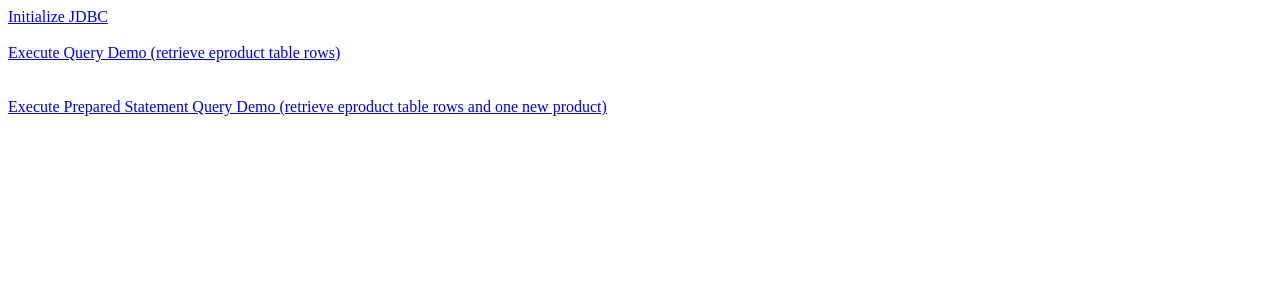
Repository: ashokwork1/slma
Page: JDBCDEMO/WebContent/index.html
The author's editor kept a copy of each file at every save. The page is drawn from the files as they stood at one save, then again after the next save.
The browser window is 1280 px wide. The pictures show the whole page.

Above is the page before, as saved 2023-05-26 11:19:36.

After the next save:
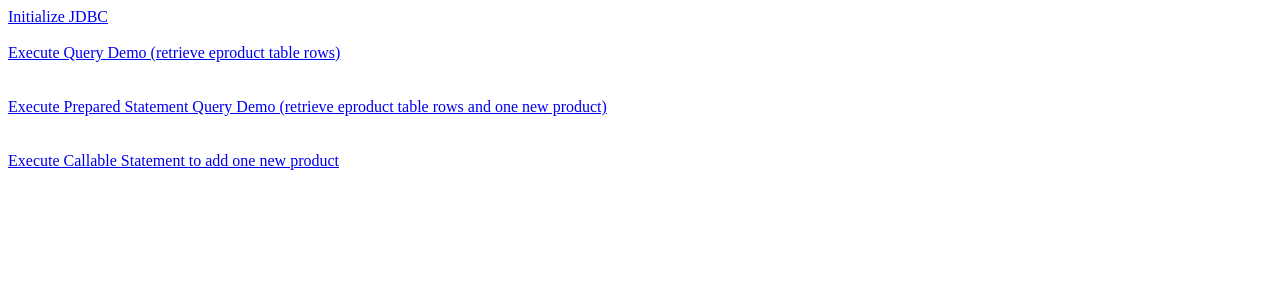
Saved 2 min 3 s later.
--- a/JDBCDEMO/WebContent/index.html
+++ b/JDBCDEMO/WebContent/index.html
@@ -3,3 +3,6 @@
 <a href="statement-demo">Execute Query Demo (retrieve eproduct table rows)</a><br>
 <br><br>
 <a href="prepared-statement-demo">Execute Prepared Statement Query Demo (retrieve eproduct table rows and one new product)</a><br>
+
+<br><br>
+<a href="callable-statement-demo">Execute Callable Statement to add one new product</a><br>
